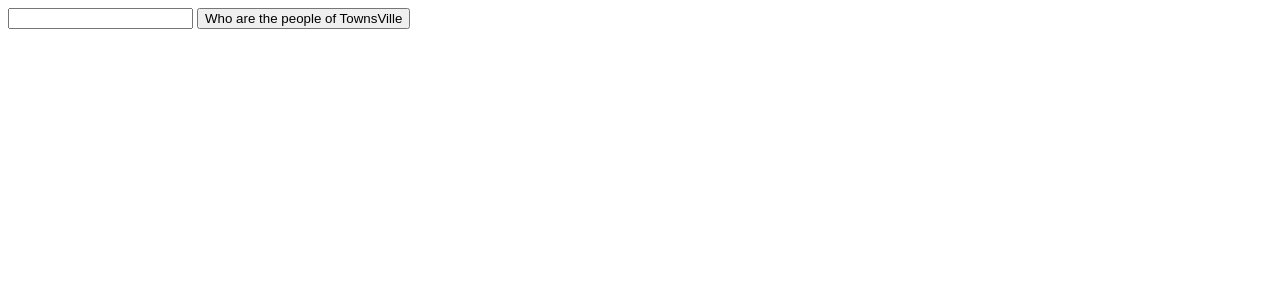
Repository: DrummerDee/Power-Puff
Page: main.html
The author's editor kept a copy of each file at every save. The page is drawn from the files as they stood at one save, then again after the next save.
The browser window is 1280 px wide. The pictures show the whole page.

Above is the page before, as saved 2022-06-07 22:15:26.

### main.html
<!DOCTYPE html>
<html lang="en">
<head>
    <meta charset="UTF-8">
    <meta http-equiv="X-UA-Compatible" content="IE=edge">
    <meta name="viewport" content="width=device-width, initial-scale=1.0">
    <title>Welcome to TownsVille</title>
</head>
<body>
    <input type = "text">
    <button> Who are the people of TownsVille </button>
    <script src="main.js"></script>

</body>
</html>

### main.js
document.querySelector('button').addEventListener('click',getRequest)

async function getRequest(){
    // get content of input box and assign it to a variable to pass along to other things
    const charNames = document.querySelector('input').value

    // now do fetch function with try catch
    try {
        const response = await fetch (`https://simple-ppg.herokuapp.com/api/${charNames}`) // have to use template literal in to get api from url
        const data = await response.js()
        console.log(data);
    }catch(error) {
        console.log(error)
    }

}

After the next save:
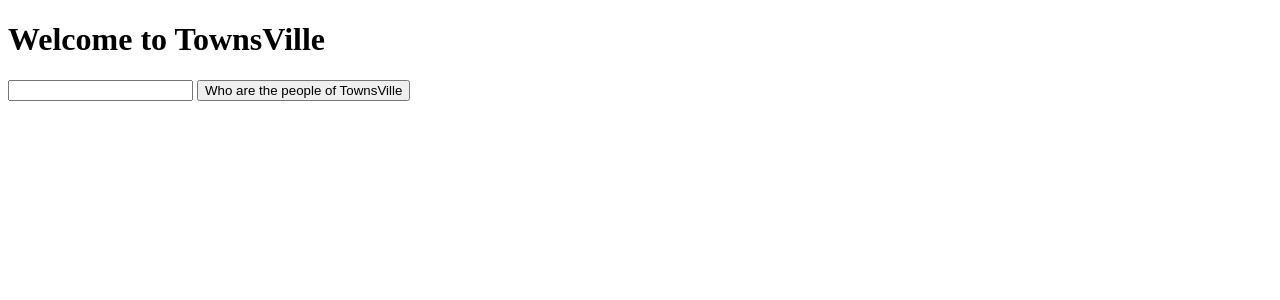
Saved 112 s later.
--- a/main.html
+++ b/main.html
@@ -7,6 +7,7 @@
     <title>Welcome to TownsVille</title>
 </head>
 <body>
+    <h1> Welcome to TownsVille </h1>
     <input type = "text">
     <button> Who are the people of TownsVille </button>
     <script src="main.js"></script>
